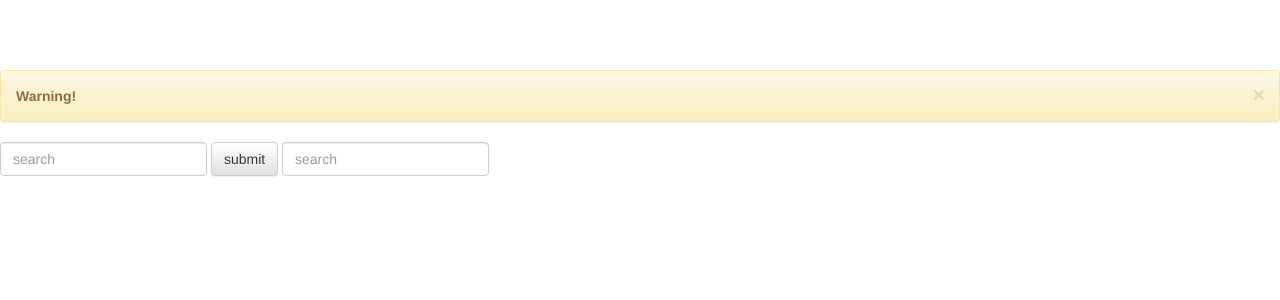
Repository: Echo-Jiang/Echo-Jiang.github.io
Page: test.7.html
The author's editor kept a record of every edit. The page is drawn from the files as they stood at one moment, then again after the next edit.
The browser window is 1280 px wide. The pictures show the whole page.

Above is the page before.

After the next edit:
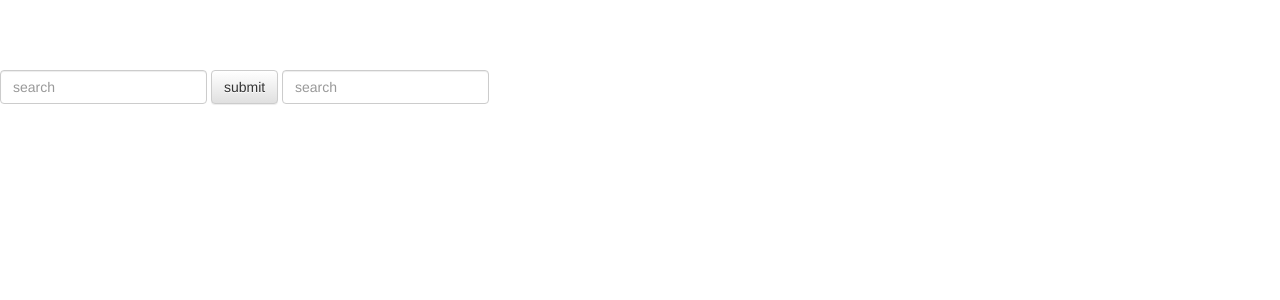
The edit:
--- a/test.7.html
+++ b/test.7.html
@@ -50,6 +50,7 @@
   </body>
   <script>
     $(document).ready(function(){
+      $("#warning-all").hide();
       $("button").off().on("click", function(){
         var search=$("#search1").val();
         $("#search2").val(search);
